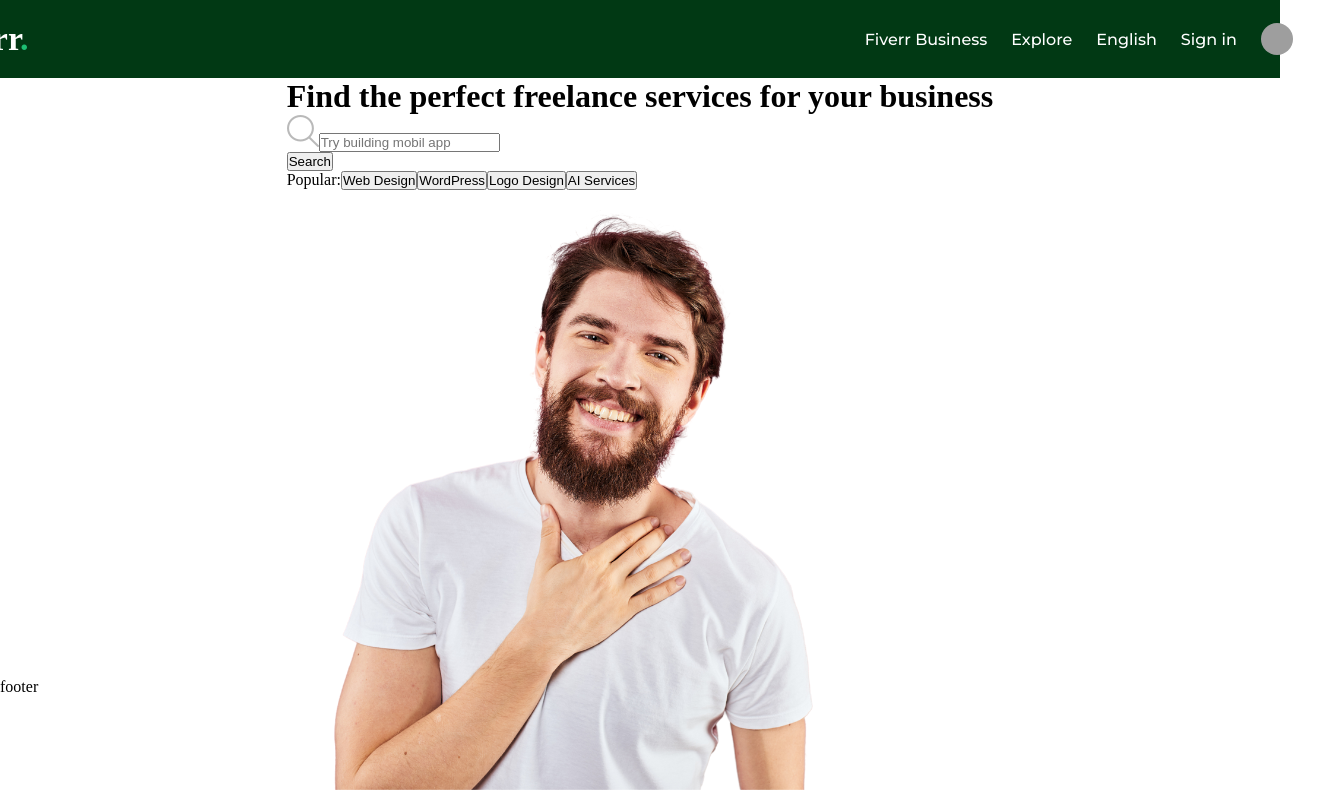
Repository: MoNasr2022/fiverr_clone_app
Page: /
The author's editor kept a copy of each file at every save. The page is drawn from the files as they stood at one save, then again after a run of saves.
The browser window is 1280 px wide. The page is 1340 px wide, so the pictures cover 1340 px, including what lies to the right of the window. The pictures show the whole page.
Pictures or frames that could not be fetched are drawn as grey boxes. The project was rebuilt for these pictures with package versions that can differ from the ones it lists, and the page was loaded fresh each time. Also part of the build but not shown: vite.config.js, src/pages/gigs/Gigs.jsx, src/pages/gig/Gig.jsx, src/pages/orders/Orders.jsx, src/pages/myGigs/MyGigs.jsx, src/pages/add/Add.jsx, src/pages/messages/Messages.jsx, src/pages/message/Message.jsx.

Above is the page before, as saved 2023-03-06 23:11:48.

After the next 2 saves:
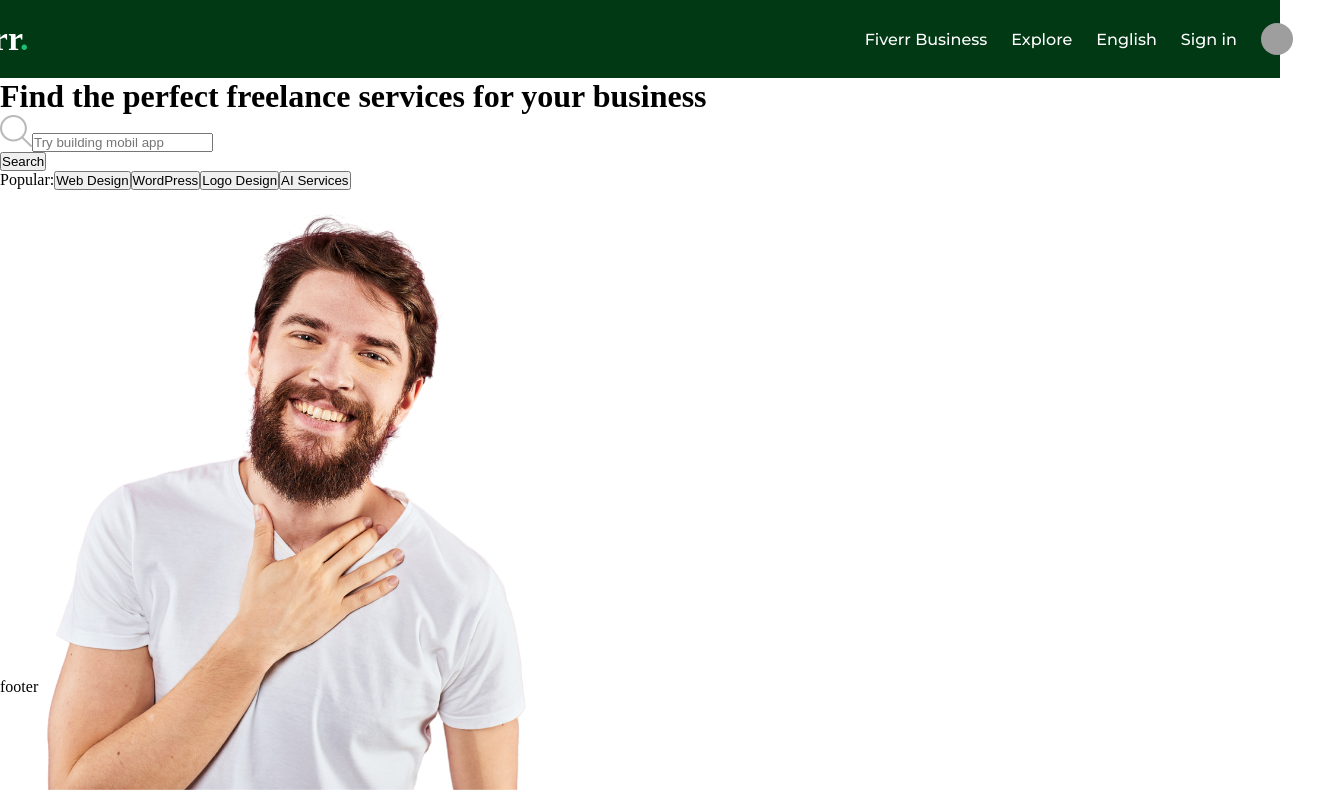
The 2 saves are shown as one change because they came seconds apart.
The last was saved 10 s later.
--- a/src/components/featured/Featured.scss
+++ b/src/components/featured/Featured.scss
@@ -3,6 +3,7 @@
         display: flex;
         justify-content: center;
     .container{
+       width: 1400px;
 
 
 
